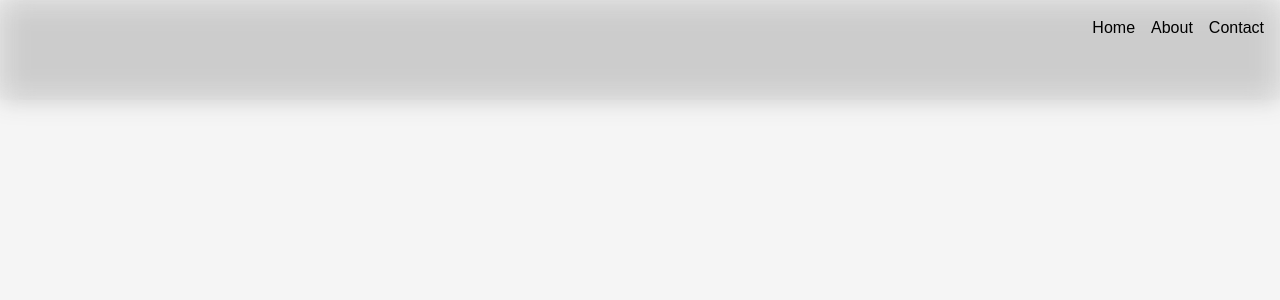
Repository: Iban-del/PortfolioV2
Page: /
The author's editor kept a copy of each file at every save. The page is drawn from the files as they stood at one save, then again after the next save.
The browser window is 1280 px wide. The pictures show the whole page.
The project was rebuilt for these pictures with package versions that can differ from the ones it lists, and the page was loaded fresh each time. Also part of the build but not shown: vite.config.ts.

Above is the page before, as saved 2026-09-16 14:59:00.

### index.html
<!doctype html>
<html lang="en">
  <head>
    <meta charset="UTF-8" />
    <link rel="icon" type="image/svg+xml" href="/favicon.svg" />
    <meta name="viewport" content="width=device-width, initial-scale=1.0" />
    <title>portfoliov2</title>
  </head>
  <body>
    <div id="root"></div>
    <script type="module" src="/src/main.tsx"></script>
  </body>
</html>

### src/index.css
@import "tailwindcss";


@custom-variant dark (&:is(.dark *));

@theme inline {
  --font-heading: var(--font-sans);
  --font-sans: 'Inter Variable', sans-serif;
  --color-sidebar-ring: var(--sidebar-ring);
  --color-sidebar-border: var(--sidebar-border);
  --color-sidebar-accent-foreground: var(--sidebar-accent-foreground);
  --color-sidebar-accent: var(--sidebar-accent);
  --color-sidebar-primary-foreground: var(--sidebar-primary-foreground);
  --color-sidebar-primary: var(--sidebar-primary);
  --color-sidebar-foreground: var(--sidebar-foreground);
  --color-sidebar: var(--sidebar);
  --color-chart-5: var(--chart-5);
  --color-chart-4: var(--chart-4);
  --color-chart-3: var(--chart-3);
  --color-chart-2: var(--chart-2);
  --color-chart-1: var(--chart-1);
  --color-ring: var(--ring);
  --color-input: var(--input);
  --color-border: var(--border);
  --color-destructive: var(--destructive);
  --color-accent-foreground: var(--accent-foreground);
  --color-accent: var(--accent);
  --color-muted-foreground: var(--muted-foreground);
  --color-muted: var(--muted);
  --color-secondary-foreground: var(--secondary-foreground);
  --color-secondary: var(--secondary);
  --color-primary-foreground: var(--primary-foreground);
  --color-primary: var(--primary);
  --color-popover-foreground: var(--popover-foreground);
  --color-popover: var(--popover);
  --color-card-foreground: var(--card-foreground);
  --color-card: var(--card);
  --color-foreground: var(--foreground);
  --color-background: var(--background);
  --radius-sm: calc(var(--radius) * 0.6);
  --radius-md: calc(var(--radius) * 0.8);
  --radius-lg: var(--radius);
  --radius-xl: calc(var(--radius) * 1.4);
  --radius-2xl: calc(var(--radius) * 1.8);
  --radius-3xl: calc(var(--radius) * 2.2);
  --radius-4xl: calc(var(--radius) * 2.6);
  @keyframes snake {
  0%, 100% {
    clip-path: inset(0 0 95% 0);
    }
  25% {
    clip-path: inset(0 95% 0 0);
    }
  50% {
    clip-path: inset(95% 0 0 0);
    }
  75% {
    clip-path: inset(0 0 0 95%);
    }
  }
  @keyframes shimmer {
  0% {
    transform: translateX(-100%);
    }
  100% {
    transform: translateX(100%);
    }
  }
}

/* --- Échelle purple (Radix-like) --- */
:root, .light, .light-theme {
  --purple-1: #fdfcfe;
  --purple-2: #fbf8fd;
  --purple-3: #f6eefd;
  --purple-4: #f0e3fb;
  --purple-5: #e9d6f7;
  --purple-6: #dfc6f0;
  --purple-7: #d1b0e7;
  --purple-8: #bf94dc;
  --purple-9: #aa80c6;
  --purple-10: #9e74b9;
  --purple-11: #7c5396;
  --purple-12: #432157;

  --purple-a1: #5500aa03;
  --purple-a2: #6e00b707;
  --purple-a3: #7800e111;
  --purple-a4: #7700db1c;
  --purple-a5: #7700ce29;
  --purple-a6: #7000bc39;
  --purple-a7: #6b00b24f;
  --purple-a8: #6701ac6b;
  --purple-a9: #55008d7f;
  --purple-a10: #4d007f8b;
  --purple-a11: #3d0064ac;
  --purple-a12: #27003ede;

  --purple-contrast: #fff;
  --purple-surface: #faf6fdcc;
  --purple-indicator: #aa80c6;
  --purple-track: #aa80c6;
}

@supports (color: color(display-p3 1 1 1)) {
  @media (color-gamut: p3) {
    :root, .light, .light-theme {
      --purple-1: oklch(99.3% 0.0034 311.1);
      --purple-2: oklch(98.2% 0.0082 311.1);
      --purple-3: oklch(95.9% 0.0215 311.1);
      --purple-4: oklch(93.3% 0.035 311.1);
      --purple-5: oklch(90.1% 0.0489 311.1);
      --purple-6: oklch(86% 0.0639 311.1);
      --purple-7: oklch(80.4% 0.0836 311.1);
      --purple-8: oklch(73.3% 0.1106 311.1);
      --purple-9: oklch(66.6% 0.1106 311.1);
      --purple-10: oklch(62.7% 0.1106 311.1);
      --purple-11: oklch(51.5% 0.1106 311.1);
      --purple-12: oklch(32.1% 0.0983 311.1);

      --purple-a1: color(display-p3 0.349 0.0235 0.6745 / 0.012);
      --purple-a2: color(display-p3 0.302 0.0235 0.7216 / 0.028);
      --purple-a3: color(display-p3 0.4157 0.0078 0.8275 / 0.067);
      --purple-a4: color(display-p3 0.3961 0.0039 0.7882 / 0.11);
      --purple-a5: color(display-p3 0.3765 0.0039 0.7529 / 0.157);
      --purple-a6: color(display-p3 0.3608 0.0039 0.6824 / 0.22);
      --purple-a7: color(display-p3 0.349 0.0039 0.6431 / 0.306);
      --purple-a8: color(display-p3 0.3255 0.0039 0.6196 / 0.412);
      --purple-a9: color(display-p3 0.2745 0.0039 0.5137 / 0.491);
      --purple-a10: color(display-p3 0.251 0 0.4627 / 0.538);
      --purple-a11: color(display-p3 0.1961 0 0.3608 / 0.667);
      --purple-a12: color(display-p3 0.1216 0 0.2235 / 0.863);

      --purple-contrast: #fff;
      --purple-surface: color(display-p3 0.9765 0.9647 0.9922 / 0.8);
      --purple-indicator: oklch(66.6% 0.1106 311.1);
      --purple-track: oklch(66.6% 0.1106 311.1);
    }
  }
}

.dark, .dark-theme {
  --purple-1: #1e1b20;
  --purple-2: #221d26;
  --purple-3: #312639;
  --purple-4: #3d2c48;
  --purple-5: #463353;
  --purple-6: #513e5f;
  --purple-7: #644d73;
  --purple-8: #7f6392;
  --purple-9: #aa80c6;
  --purple-10: #9e74b9;
  --purple-11: #cda8e6;
  --purple-12: #e7dbf1;

  --purple-a1: #8300e905;
  --purple-a2: #9c32f10c;
  --purple-a3: #bf6afd21;
  --purple-a4: #c46dfc32;
  --purple-a5: #c97bff3e;
  --purple-a6: #ce8efd4c;
  --purple-a7: #d89cff62;
  --purple-a8: #daa5ff85;
  --purple-a9: #daa2ffbf;
  --purple-a10: #d79afeb1;
  --purple-a11: #e3b9ffe3;
  --purple-a12: #f3e7fef0;

  --purple-contrast: #fff;
  --purple-surface: #281e3080;
  --purple-indicator: #aa80c6;
  --purple-track: #aa80c6;
}

@supports (color: color(display-p3 1 1 1)) {
  @media (color-gamut: p3) {
    .dark, .dark-theme {
      --purple-1: oklch(22.6% 0.0114 311.1);
      --purple-2: oklch(24.1% 0.0191 311.1);
      --purple-3: oklch(29% 0.0377 311.1);
      --purple-4: oklch(32.6% 0.0532 311.1);
      --purple-5: oklch(35.7% 0.0577 311.1);
      --purple-6: oklch(39.7% 0.0593 311.1);
      --purple-7: oklch(46% 0.0653 311.1);
      --purple-8: oklch(54.6% 0.0789 311.1);
      --purple-9: oklch(66.6% 0.1106 311.1);
      --purple-10: oklch(62.7% 0.1106 311.1);
      --purple-11: oklch(78.6% 0.0945 311.1);
      --purple-12: oklch(90.7% 0.0327 311.1);

      --purple-a1: color(display-p3 0.3294 0 0.9843 / 0.018);
      --purple-a2: color(display-p3 0.6039 0.2118 0.9961 / 0.04);
      --purple-a3: color(display-p3 0.7098 0.4235 0.9961 / 0.124);
      --purple-a4: color(display-p3 0.7451 0.4706 0.9961 / 0.186);
      --purple-a5: color(display-p3 0.7647 0.5137 1 / 0.234);
      --purple-a6: color(display-p3 0.7961 0.5882 1 / 0.287);
      --purple-a7: color(display-p3 0.8196 0.6314 0.9961 / 0.375);
      --purple-a8: color(display-p3 0.8431 0.6667 1 / 0.507);
      --purple-a9: color(display-p3 0.8353 0.6549 0.9961 / 0.732);
      --purple-a10: color(display-p3 0.8314 0.6353 1 / 0.675);
      --purple-a11: color(display-p3 0.8745 0.7412 0.9961 / 0.873);
      --purple-a12: color(display-p3 0.9569 0.9137 1 / 0.93);

      --purple-contrast: #fff;
      --purple-surface: color(display-p3 0.1569 0.1176 0.1882 / 0.5);
      --purple-indicator: oklch(66.6% 0.1106 311.1);
      --purple-track: oklch(66.6% 0.1106 311.1);
    }
  }
}

/* --- Tokens sémantiques : orange remplacé par purple --- */
:root {
  --background: oklch(97.015% 0.00011 271.152);
  --foreground: oklch(0.289 0 0);
  --card: oklch(1 0 0);
  --card-foreground: oklch(0.289 0 0);
  --popover: oklch(1 0 0);
  --popover-foreground: oklch(0.289 0 0);
  --primary: var(--purple-9);
  --primary-foreground: var(--purple-contrast);
  --secondary: oklch(0.946 0 0);
  --secondary-foreground: oklch(0.409 0 0);
  --muted: oklch(0.97 0 0);
  --muted-foreground: oklch(95.815% 0.00011 271.152);
  --accent: var(--purple-4);
  --accent-foreground: var(--purple-11);
  --destructive: oklch(0.631 0.194 29.442);
  --border: oklch(88.531% 0.0001 271.152);
  --input: oklch(0.885 0 0);
  --ring: var(--purple-9);
  --chart-1: var(--purple-8);
  --chart-2: var(--purple-9);
  --chart-3: var(--purple-10);
  --chart-4: var(--purple-11);
  --chart-5: var(--purple-12);
  --radius: 0.625rem;
  --sidebar: oklch(0.97 0 0);
  --sidebar-foreground: oklch(0.289 0 0);
  --sidebar-primary: var(--purple-9);
  --sidebar-primary-foreground: var(--purple-contrast);
  --sidebar-accent: oklch(0.946 0 0);
  --sidebar-accent-foreground: oklch(0.409 0 0);
  --sidebar-border: oklch(0.885 0 0);
  --sidebar-ring: var(--purple-9);

  /* grille de fond */
  --grid-color: oklch(0.92 0 0);
  --grid-size: 32px;
}

.dark {
  --background: oklch(0.239 0 0);
  --foreground: oklch(0.961 0 0);
  --card: oklch(0.285 0 0);
  --card-foreground: oklch(0.961 0 0);
  --popover: oklch(0.285 0 0);
  --popover-foreground: oklch(0.961 0 0);
  --primary: var(--purple-9);
  --primary-foreground: var(--purple-1);
  --secondary: oklch(0.348 0 0);
  --secondary-foreground: oklch(0.961 0 0);
  --muted: oklch(0.348 0 0);
  --muted-foreground: oklch(0.732 0 0);
  --accent: var(--purple-4);
  --accent-foreground: var(--purple-11);
  --destructive: oklch(0.631 0.194 29.442);
  --border: oklch(1 0 0 / 10%);
  --input: oklch(1 0 0 / 15%);
  --ring: var(--purple-9);
  --chart-1: var(--purple-8);
  --chart-2: var(--purple-9);
  --chart-3: var(--purple-10);
  --chart-4: var(--purple-11);
  --chart-5: var(--purple-12);
  --sidebar: oklch(0.285 0 0);
  --sidebar-foreground: oklch(0.961 0 0);
  --sidebar-primary: var(--purple-9);
  --sidebar-primary-foreground: var(--purple-1);
  --sidebar-accent: var(--purple-4);
  --sidebar-accent-foreground: oklch(0.961 0 0);
  --sidebar-border: oklch(1 0 0 / 10%);
  --sidebar-ring: var(--purple-9);

  --grid-color: oklch(1 0 0 / 8%);
  --grid-size: 32px;
}

@layer base {
  * {
    @apply border-border outline-ring/50;
  }

  html, body, #root {
    height: 100%;
    margin: 0;
    padding: 0;
    background: var(--background);
  }

  body {
    @apply bg-background text-foreground;
    background-image:
      linear-gradient(to right, var(--grid-color) 1px, transparent 1px),
      linear-gradient(to bottom, var(--grid-color) 1px, transparent 1px);
    background-size: var(--grid-size) var(--grid-size);
  }

  html {
    @apply font-sans;
  }
}

@utility animate-snake {
    animation: snake 2s linear infinite;
}

@utility animate-shimmer {
    animation: shimmer 2s infinite;
}

### src/App.tsx
import Nav from "./components/Nav"


const links = [
  { name: "Home", href: "/" },
  { name: "About", href: "/about" },
  { name: "Contact", href: "/contact" },
]

function App() {
    return (
      <>
        <Nav links={links} />
      </>
    )
}

export default App

### src/components/Nav.tsx
import { useMemo, useRef, useState } from "react";
import { AiOutlineClose, AiOutlineMenu } from "react-icons/ai";
import { useGSAP } from '@gsap/react';
import gsap from "gsap";




export interface NavProps {
    icon?: React.ReactNode
    links?: { name: string; href: string }[]
}

const Nav = ({
    icon,
    links
}:NavProps) => {

    const [isOpen, setIsOpen] = useState(false);
    const nav = useRef<HTMLElement>(null);
    const mobileMenu = useRef<HTMLDivElement>(null);
    const background = useRef<HTMLDivElement>(null);
    const { contextSafe } = useGSAP(()=>{

    },{scope: nav});


    const LinksNode = useMemo(()=>{
        return links?.map((link, index) => {
            return (
                <a
                    key={index + '-nav-link'}
                    href={link.href}
                    className="text-black hover:text-primary transition-colors duration-300"
                >
                    {link.name}
                </a>
            )
        })
    },[links]);


    const toggleHamburgerClick = contextSafe(() => {

        if(!isOpen){
            gsap.fromTo(
                mobileMenu.current,
                {y: -100, opacity: 0},
                {y: 0, opacity: 1, duration: 0.5, ease: "power2.out",display: "flex"}
            );
            gsap.fromTo(
                background.current,
                {height:"25px"},
                {height:"100vh", duration: 0.5, ease: "power2.out"}
            );
        }else{
            gsap.fromTo(
                mobileMenu.current,
                {y: 0, opacity: 1},
                { y: -100, opacity: 0, duration: 0.5, ease: "power2.in",display: "none"}
            );
            gsap.fromTo(
                background.current,
                {height:"100vh"},
                {height:"25px", duration: 0.5, ease: "power2.in"}
            );
        }
        setIsOpen(!isOpen);
    });

    return (
        <>

            <div  ref={background} className="w-screen h-25 fixed blur-md bg-foreground/20 backdrop-blur-sm"></div>
            <nav  ref={nav} className="bg-transparentc fixed w-screen backdrop-blur-sm p-4 h-25 flex justify-between">
                <div>
                    {icon}
                </div>
                <div className="gap-4 md:flex hidden">
                    {LinksNode}
                </div>
                <div className="md:hidden flex">
                    <button onClick={toggleHamburgerClick} className="text-black hover:text-primary transition-colors duration-300">
                        { isOpen ? <AiOutlineClose /> : <AiOutlineMenu />}
                    </button>
                </div>
                <div
                    ref={mobileMenu}
                    className="absolute top-16 left-0 w-full bg-transparent p-4 hidden flex-col gap-4 "
                >
                    {LinksNode}
                </div>
            </nav>
        </>
    )
}

export default Nav

Loaded but not shown: src/main.tsx (common file)

After the next save:
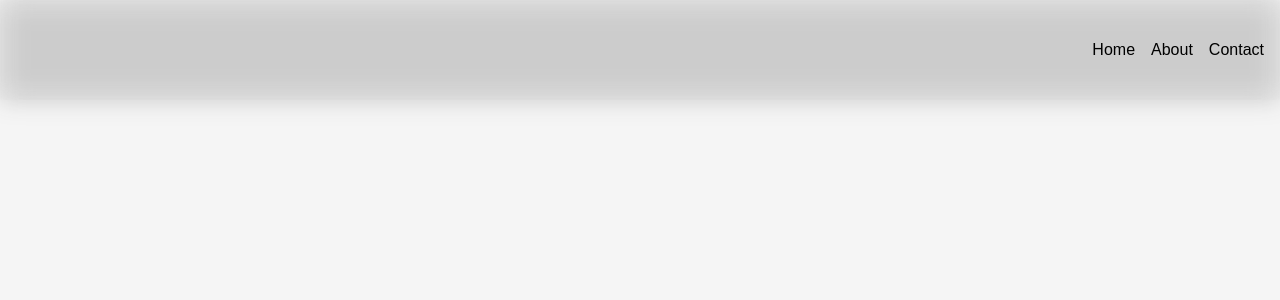
Saved 33 s later.
--- a/src/components/Nav.tsx
+++ b/src/components/Nav.tsx
@@ -72,7 +72,7 @@ const Nav = ({
         <>
 
             <div  ref={background} className="w-screen h-25 fixed blur-md bg-foreground/20 backdrop-blur-sm"></div>
-            <nav  ref={nav} className="bg-transparentc fixed w-screen backdrop-blur-sm p-4 h-25 flex justify-between">
+            <nav  ref={nav} className="bg-transparentc fixed w-screen backdrop-blur-sm p-4 h-25 flex items-center justify-between">
                 <div>
                     {icon}
                 </div>
